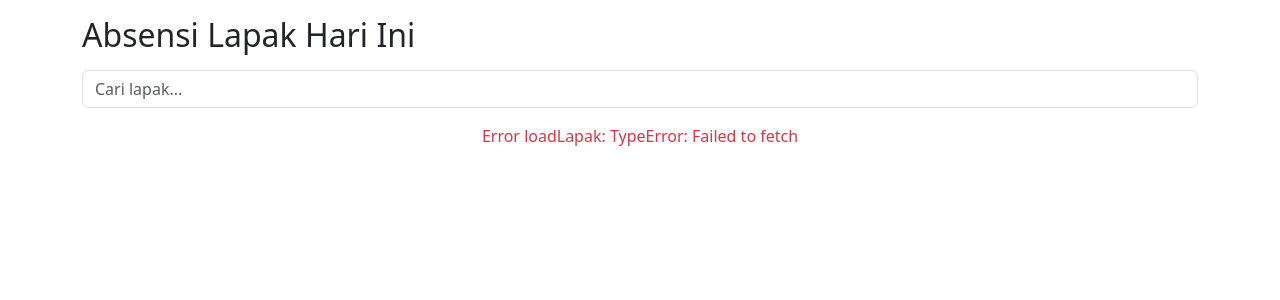
Repository: pasarrakyatbak/absensi
Page: index.html
These files come from the project's save history. The page is drawn as it stood at one moment and after the next save; the edit follows.
The browser window is 1280 px wide. The pictures show the whole page.
The page's requests for data from a server got no answer.

Above is the page before, as saved 2025-09-22 00:33:44.

After the next save:
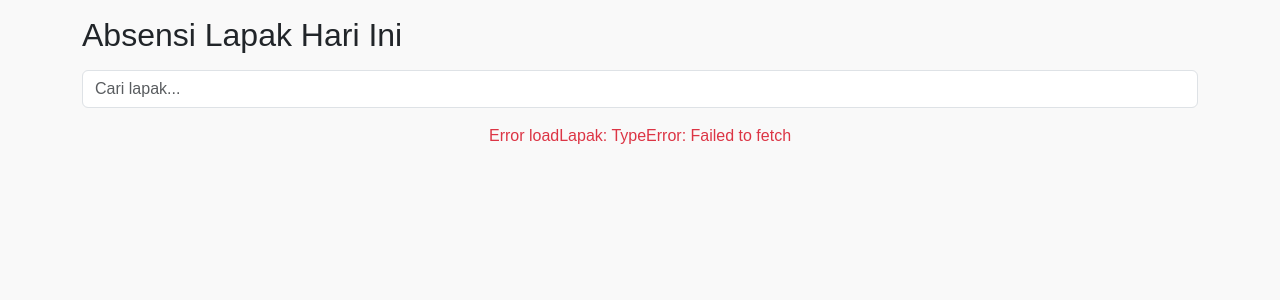
Saved 8 s later.
--- a/style.css
+++ b/style.css
@@ -1,15 +1,22 @@
+body {
+    background: #f9f9f9;
+    font-family: 'Poppins', sans-serif;
+}
+
 .lapak-card {
     cursor: pointer;
-    transition: transform 0.2s;
+    transition: transform 0.2s ease, box-shadow 0.2s ease;
+    border-radius: 12px;
 }
 
-.lapak-card:hover:not(.disabled) {
-    transform: scale(1.05);
+.lapak-card:hover {
+    transform: translateY(-4px);
+    box-shadow: 0 6px 18px rgba(0, 0, 0, 0.1);
 }
 
-.disabled {
+.lapak-card.disabled {
     pointer-events: none;
-    opacity: 0.7;
+    opacity: 0.6;
 }
 
 #absensiModal {
@@ -19,53 +26,29 @@
     left: 0;
     width: 100%;
     height: 100%;
-    background: rgba(0, 0, 0, 0.5);
+    background: rgba(0, 0, 0, 0.6);
     justify-content: center;
     align-items: center;
-    z-index: 9999;
+    z-index: 1050;
 }
 
 #absensiModal .modal-content {
     background: #fff;
-    padding: 20px;
-    border-radius: 8px;
-    width: 300px;
+    padding: 1.5rem;
+    border-radius: 12px;
     text-align: center;
+    max-width: 400px;
+    width: 90%;
 }
 
-/* Loader full-screen */
 #absensiLoading {
-    display: none;
-    /* default sembunyi */
     position: fixed;
     top: 0;
     left: 0;
     width: 100%;
     height: 100%;
-    background: rgba(0, 0, 0, 0.5);
-    /* transparan gelap */
+    background: rgba(0, 0, 0, 0.7);
     justify-content: center;
     align-items: center;
-    z-index: 9999;
+    z-index: 2000;
 }
-
-/* Konten loader */
-#absensiLoading .loader-content {
-    display: flex;
-    flex-direction: column;
-    align-items: center;
-    justify-content: center;
-}
-
-/* Spinner lebih besar & responsif */
-#absensiLoading .spinner-border {
-    width: 3rem;
-    height: 3rem;
-}
-
-/* Text loader */
-#absensiLoadingText {
-    margin-top: 10px;
-    font-size: 1.1rem;
-    font-weight: 500;
-}
